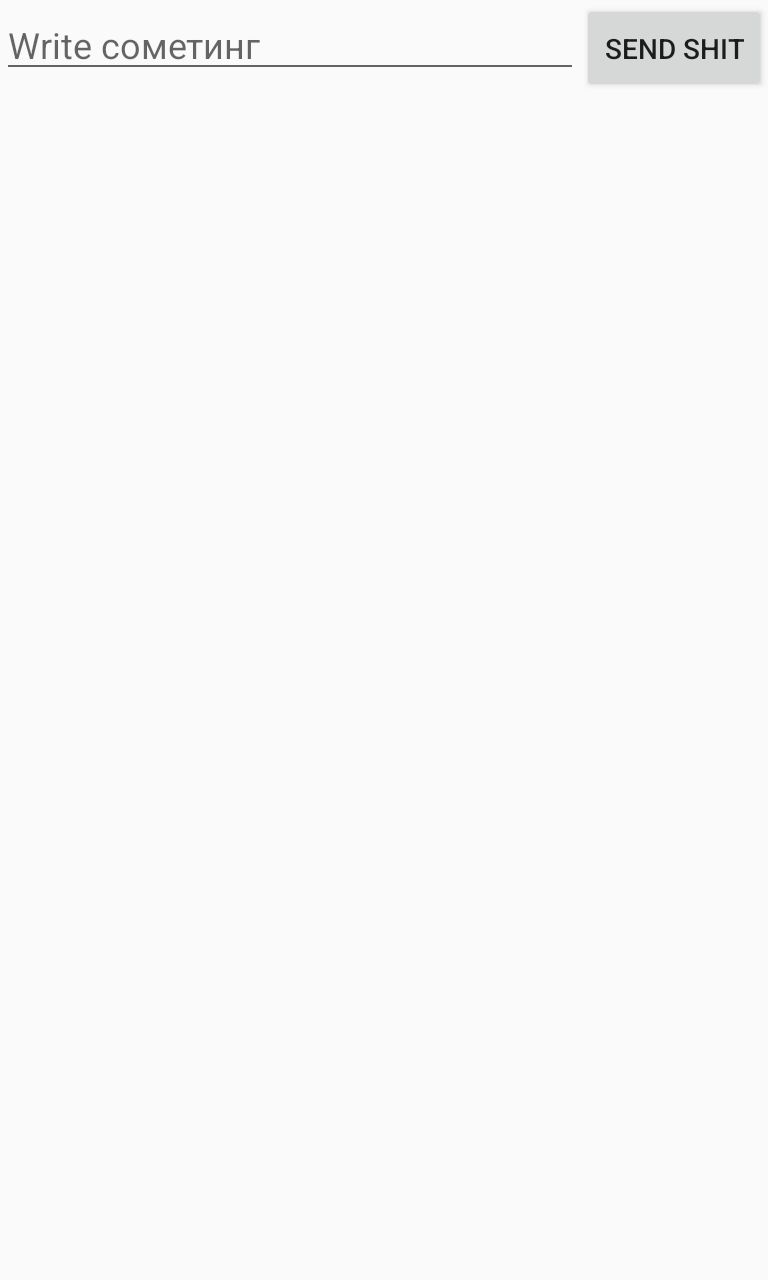
Repository: SVasilev/TimeWaste
Layout: TimeWaste/res/layout/activity_time_waste.xml
An editor plug-in stored every save of this project. The layout is shown before and after the next save, followed by the edit.
It is drawn on a 768 x 1280 px phone screen (xhdpi) without system bars, with theme AppTheme; the app's code is not run.

Above is the layout before, as saved 2014-07-19 14:17:23.

After the next save:
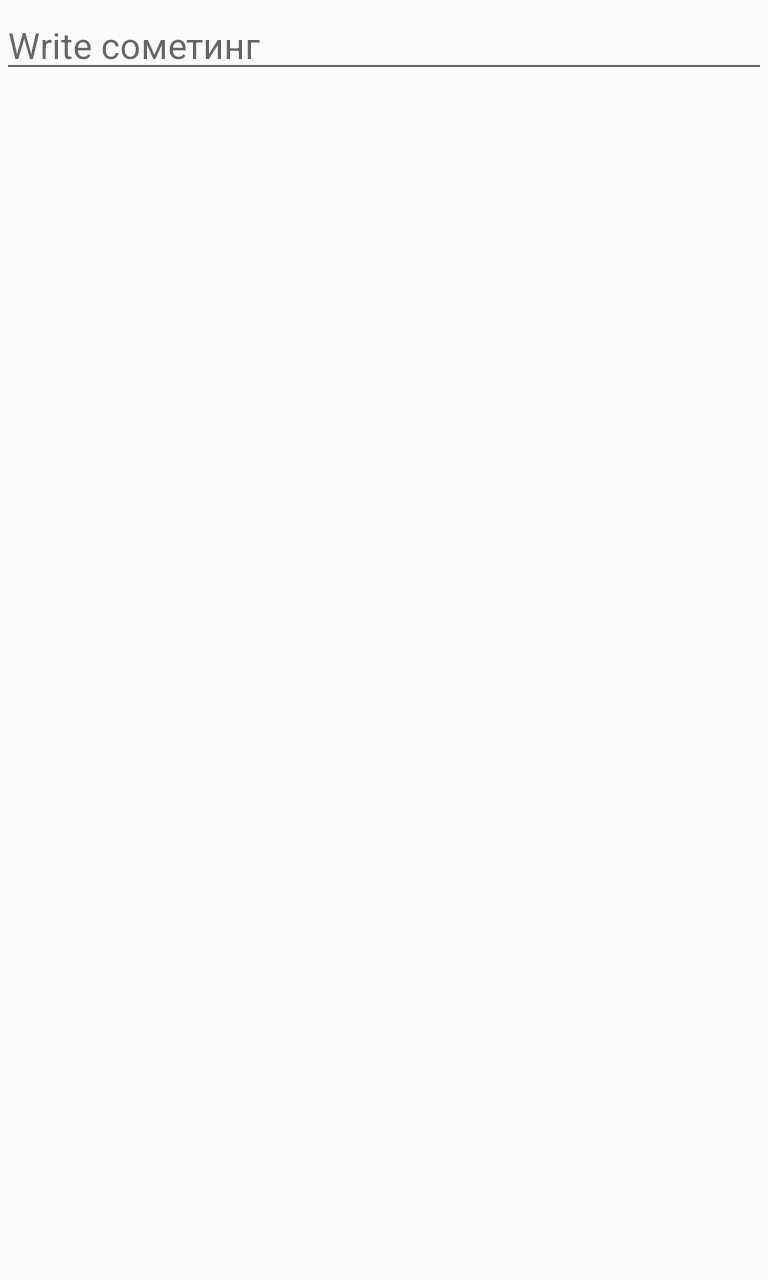
Saved 58 s later.
--- a/TimeWaste/res/layout/activity_time_waste.xml
+++ b/TimeWaste/res/layout/activity_time_waste.xml
@@ -10,11 +10,6 @@
         android:layout_height="wrap_content"
         android:hint="Write сометинг" />
 
-    <Button
-        android:id="@+id/button"
-        android:layout_width="wrap_content"
-        android:layout_height="wrap_content"
-        android:text="Send shiT"  />
-    	<!-- android:onClick="sendMessage" Нещо не мога да го подкарам  -->
+
 
 </LinearLayout>

After the save that followed:
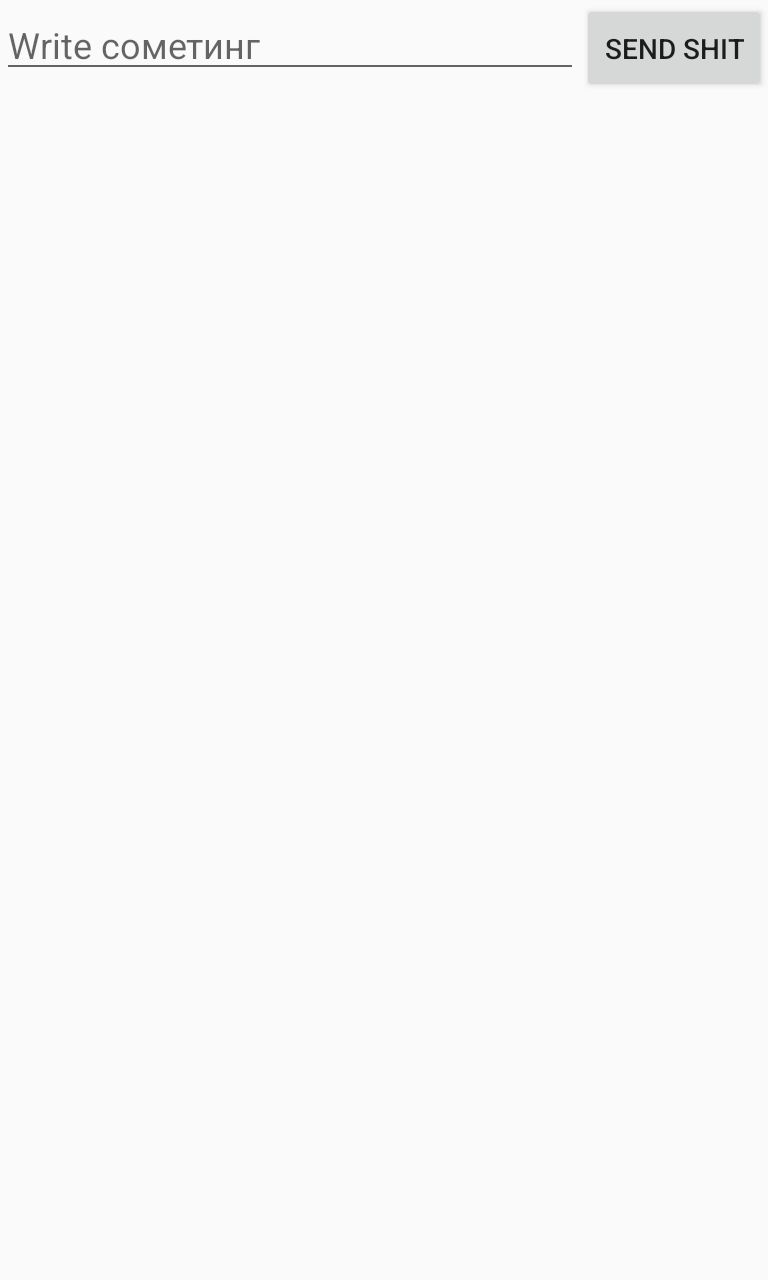
Saved 115 s later.
--- a/TimeWaste/res/layout/activity_time_waste.xml
+++ b/TimeWaste/res/layout/activity_time_waste.xml
@@ -10,6 +10,12 @@
         android:layout_height="wrap_content"
         android:hint="Write сометинг" />
 
-
+    <Button
+        android:id="@+id/button"
+        android:layout_width="wrap_content"
+        android:layout_height="wrap_content"
+        android:text="Send shiT"
+        android:onClick="sendMessage" />
+    	<!-- android:onClick="sendMessage" Нещо не мога да го подкарам  -->
 
 </LinearLayout>
